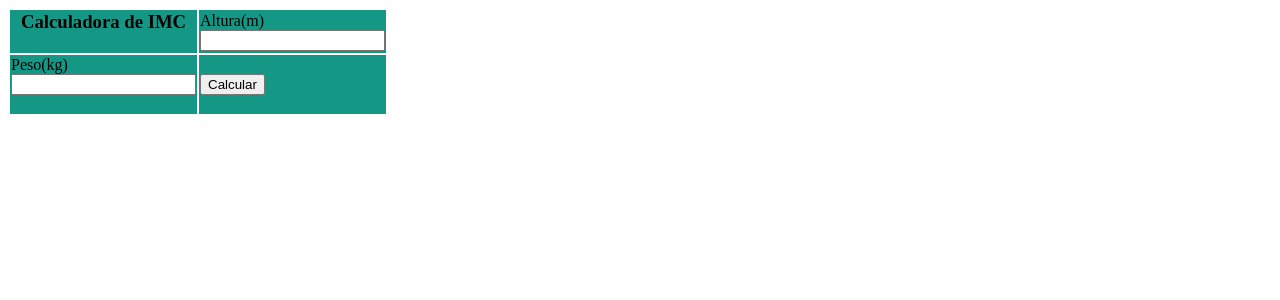
Repository: Patriciamativi/Projetos
Page: index.html
The author's editor kept a copy of each file at every save. The page is drawn from the files as they stood at one save, then again after a run of saves.
The browser window is 1280 px wide. The pictures show the whole page.

Above is the page before, as saved 2022-11-21 14:26:58.

After the next 2 saves:
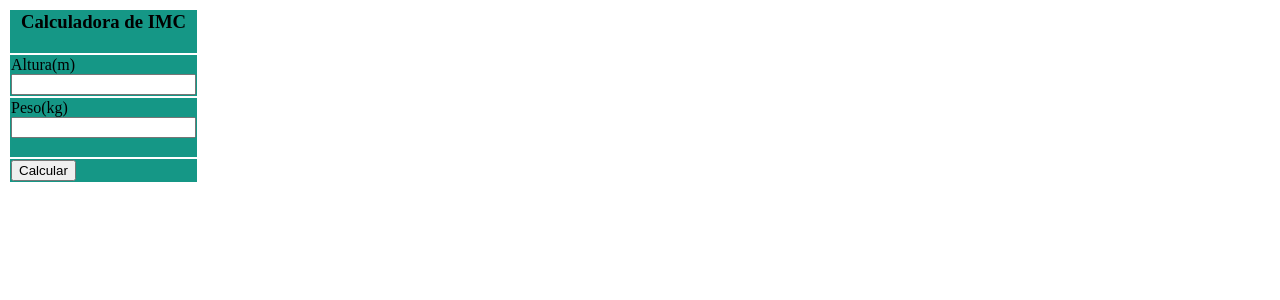
The 2 saves are shown as one change because they came seconds apart.
The last was saved 20 s later.
--- a/index.html
+++ b/index.html
@@ -17,16 +17,16 @@
     <body>
         <div>
         <tr>
-            <th><h3>Calculadora de IMC</h3></th>
+            <th><h3>Calculadora de IMC</h3></th></tr>
 
         <td>Altura(m)<br/>
-            <input type: "number" ></br></td></tr>
+            <input type: "number" ></br></td>
 
         <tr><td>Peso(kg)<br/>
-            <input type: "number" > </br></br></td>
+            <input type: "number" > </br></br></td></tr>
 
-        <td><input type= "submit" value="Calcular"></td></tr>
 
+        <td><input type= "submit" value="Calcular"></td>
     </div>
     </table>
 </body>
